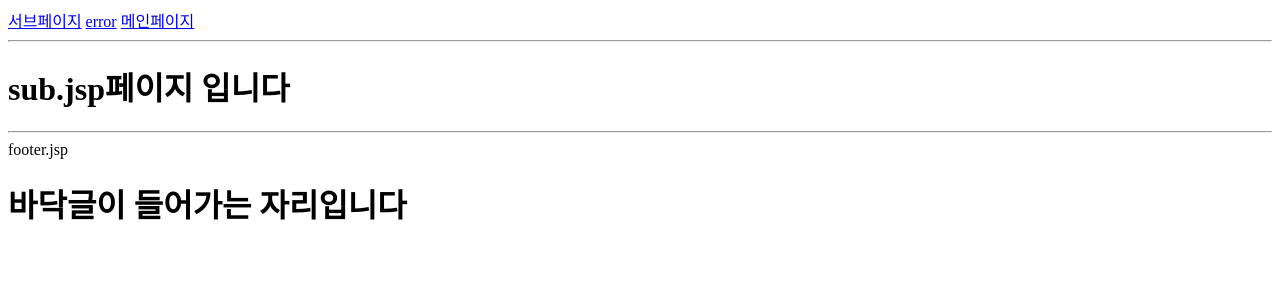
Repository: ryu1917/jsp
Page: http://localhost/jsp02/sub.jsp
An editor plug-in stored every save of this project. The page is shown before and after the next save, followed by the edit.
The browser window is 1280 px wide. The pictures show the whole page.
The page is served by Tomcat 9.

Above is the page before, as saved 2021-04-21 08:22:40.

After the next save:
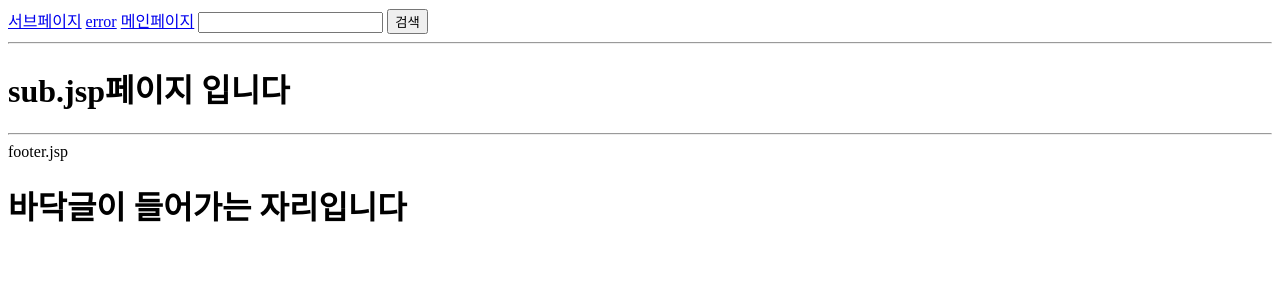
Saved 15 s later.
--- a/workspace/jsp02/src/main/webapp/link.jsp
+++ b/workspace/jsp02/src/main/webapp/link.jsp
@@ -10,5 +10,7 @@
 <a href="sub.jsp">서브페이지</a>
 <a href="error/error.jsp">error</a>
 <a href="main.jsp">메인페이지</a>
+<input type="text">
+<button>검색</button>
 </body>
 </html>
